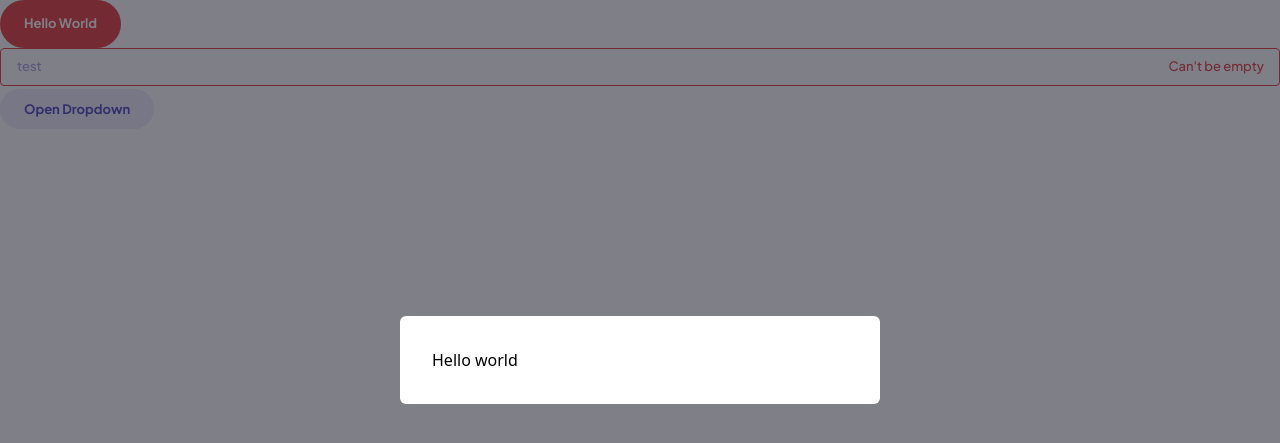
Repository: Baraajad231/Kanban-Board
Page: /
An editor plug-in stored every save of this project. The page is shown before and after the next save, followed by the edit.
The browser window is 1280 px wide. The pictures show the whole page.
The project was rebuilt for these pictures with package versions that can differ from the ones it lists, and the page was loaded fresh each time. Also part of the build but not shown: vite.config.js.

Above is the page before, as saved 2026-03-24 21:49:35.

### index.html
<!doctype html>
<html lang="en">
  <head>
    <meta charset="UTF-8" />
    <meta name="viewport" content="width=device-width, initial-scale=1.0" />
    <link rel="preconnect" href="https://fonts.googleapis.com" />
    <link rel="preconnect" href="https://fonts.gstatic.com" crossorigin />
    <link
      href="https://fonts.googleapis.com/css2?family=Plus+Jakarta+Sans:ital,wght@0,200..800;1,200..800&display=swap"
      rel="stylesheet"
    />
    <title>kanban-board</title>
  </head>
  <body>
    <div id="root"></div>
    <script type="module" src="/src/main.jsx"></script>
  </body>
</html>

### src/index.css
@import "tailwindcss";

@theme {
  --font-jakarta: "Plus Jakarta Sans", sans-serif;

  --color-transparent: transparent;
  --color-current: currentColor;

  --color-main-purple: #635fc7;
  --color-main-purple-hover: #a8a4ff;
  --color-white: #ffffff;
  --color-black: #000112;
  --color-very-dark-grey: #1e1e1e;
  --color-dark-grey: #2b2c37;
  --color-lines: #3e3f4e;
  --color-medium-grey: #828fa3;
  --color-lines-light: #e4ebfa;
  --color-light-grey: #f4f7fd;
  --color-red: #ea5555;
  --color-red-hover: #ff9898;

  /* أحجام الخطوط - التنسيق صحيح جداً لـ Tailwind v4 */
  --text-heading-s: 0.75rem;
  --text-heading-s--font-weight: 700;

  --text-heading-m: 0.9rem;
  --text-heading-m--font-weight: 700;

  --text-heading-l: 1.125rem;
  --text-heading-l--font-weight: 700;

  --text-heading-xl: 1.5rem;
  --text-heading-xl--font-weight: 700;

  --text-body-m: 0.75rem;
  --text-body-m--font-weight: 700;

  --text-body-l: 0.8125rem;
  --text-body-l--font-weight: 500;
}

### src/App.jsx
import Button from "./components/Button";
import DialogPrimitive from "./components/dialogPrimitive";
import DropdownPrimitive from "./components/DropDownPrimitive";
import TextField from "./components/TextField";

function App() {
  return (
    <div className="font-jakarta text-heading-xl text-main-purple">
      <Button variant="destructive" size="lg">
        Hello World
      </Button>
      <TextField placeholder="test" isInvalid />
      <DropdownPrimitive
        triggerComponent={() => (
          <Button variant="secondary" size="sm">
            Open Dropdown
          </Button>
        )}
        items={{
          edit: {
            label: "Edit board",
            onClick: () => console.log("Edit clicked"),
          },
          delete: {
            label: "Delete board",
            onClick: () => console.log("Delete clicked"),
          },
        }}
      />
      <DialogPrimitive isOpen={true}>Hello world</DialogPrimitive>
    </div>
  );
}

export default App;

### src/components/Button.jsx
import { cva } from "class-variance-authority";

const button = cva(
  ["rounded-full", "font-bold", "px-6", "duration-200", "text-[13px]"],
  {
    variants: {
      variant: {
        primary: ["bg-main-purple", "text-white", "hover:bg-main-purple-hover"],
        // **or**
        // primary: "bg-blue-500 text-white border-transparent hover:bg-blue-600",
        secondary: [
          "bg-main-purple/10",
          "text-main-purple",
          "hover:bg-main-purple/25",
        ],
        destructive: ["bg-red", "text-white", "hover:bg-red-hover"],
      },
      size: {
        sm: ["h-10"],
        lg: ["h-12"],
      },
      isFullWidth: {
        true: ["w-full"],
      },
      // `boolean` variants are also supported!
      isDisabled: {
        true: ["opacity-25", "cursor-not-allowed", "hover:bg-main-purple"],
      },
    },

    defaultVariants: {
      variant: "primary",
      size: "lg",
    },
  },
);

const Button = ({
  children,
  variant,
  size,
  isFullWidth,
  isDisabled,
  className,
  ...props
}) => {
  return (
    <button
      className={button({ variant, size, isFullWidth, isDisabled, className })}
      {...props}
    >
      {children}
    </button>
  );
};
export default Button;

### src/components/dialogPrimitive.jsx
import { Dialog } from "radix-ui";

/**
 * DialogPrimitive component
 * @param {Object} props
 * @param {string} props.title - The title of the dialog
 * @param {JSX.Element} props.triggerComponent - The component that triggers the dialog
 * @param {JSX.Element} props.children - The children components
 * @param {boolean} props.isOpen - A boolean to determine if the dialog is open
 * @param {Function} props.setOpen - A function to set the dialog state
 * @returns {JSX.Element}
 */

const DialogPrimitive = ({
  title,
  triggerComponent,
  children,
  isOpen,
  setOpen,
}) => (
  <Dialog.Root open={isOpen} onOpenChange={setOpen}>
    <Dialog.Trigger asChild>{triggerComponent}</Dialog.Trigger>
    <Dialog.Portal>
      <Dialog.Overlay className="data-[state=open]:animate-overlayShow fixed inset-0 bg-black/50" />
      <Dialog.Content className="data-[state=open]:animate-contentShow fixed top-[50%] left-[50%] max-h-[85vh] w-120 translate-x-[-50%] translate-y-[-50%] overflow-auto rounded-md bg-white p-8 focus:outline-none">
        <Dialog.Title className="text-heading-l">{title}</Dialog.Title>
        {children}
      </Dialog.Content>
    </Dialog.Portal>
  </Dialog.Root>
);

export default DialogPrimitive;

### src/components/DropDownPrimitive.jsx
import * as React from "react";
import { DropdownMenu } from "radix-ui";
import clsx from "clsx";
// طريقة بتخلينا نعمل document لل component تاعنا
// jsdocs
/**
 * @param {Object} props
 * @param {Function} props.triggerComponent
 * @param {Object} props.items
 * @param {string} props.items.label -- the text that will be shown in the dropdown item
 * @param {Function} props.items.onClick -- the function that will be called when the dropdown item is clicked
 * @returns {JSX.Element}
 */
const DropdownPrimitive = ({ triggerComponent, items }) => {
  return (
    <DropdownMenu.Root>
      <DropdownMenu.Trigger asChild>
        {triggerComponent && triggerComponent()}
      </DropdownMenu.Trigger>

      <DropdownMenu.Portal>
        <DropdownMenu.Content
          className="data-[side=bottom]:animate-slideUpAndFade data-[side=left]:animate-slideRightAndFade data-[side=right]:animate-slideLeftAndFade data-[side=top]:animate-slideDownAndFade min-w-55 rounded-md bg-white p-1.25 shadow-[0px_10px_38px_-10px_rgba(22,23,24,0.35),0px_10px_20px_-15px_rgba(22,23,24,0.2)] will-change-[opacity,transform]"
          sideOffset={32}
        >
          {items &&
            Object.keys(items).map((item) => (
              <DropdownMenu.Item
                key={items[item].label}
                onClick={items[item].onClick}
                className={clsx(
                  "group text-body-l data-highlighted:bg-light-grey cursor-pointer p-4 leading-none outline-none",
                  {
                    "text-red": items[item].label.includes("Delete"),
                  },
                )}
              >
                {items[item].label}
              </DropdownMenu.Item>
            ))}
        </DropdownMenu.Content>
      </DropdownMenu.Portal>
    </DropdownMenu.Root>
  );
};

export default DropdownPrimitive;

### src/components/TextField.jsx
import clsx from "clsx";

const TextField = ({
  placeholder,
  isInvalid,
  name,
  required,
  defaultValue,
}) => {
  return (
    <div className="relative flex min-w-80 flex-1 items-center">
      {isInvalid && (
        <span className="text-body-l text-red absolute right-4 text-sm">
          Can't be empty
        </span>
      )}

      <input
        type="text"
        name={name}
        defaultValue={defaultValue}
        placeholder={placeholder}
        required={required}
        className={clsx(
          "border-medium-gray/25 text-body-l w-full rounded-sm border py-2 pl-4",
          {
            "border-red pr-32": isInvalid,
            "pr-4": !isInvalid,
          },
        )}
      />
    </div>
  );
};

export default TextField;

Loaded but not shown: src/main.jsx (common file)

After the next save:
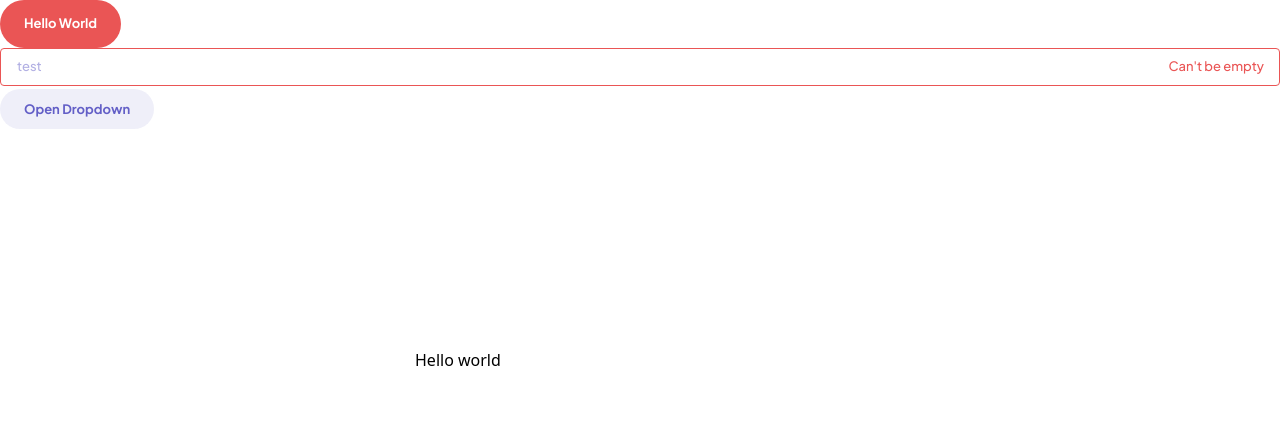
Saved 2 min 30 s later.
--- a/src/components/dialogPrimitive.jsx
+++ b/src/components/dialogPrimitive.jsx
@@ -21,9 +21,11 @@
   <Dialog.Root open={isOpen} onOpenChange={setOpen}>
     <Dialog.Trigger asChild>{triggerComponent}</Dialog.Trigger>
     <Dialog.Portal>
-      <Dialog.Overlay className="data-[state=open]:animate-overlayShow fixed inset-0 bg-black/50" />
-      <Dialog.Content className="data-[state=open]:animate-contentShow fixed top-[50%] left-[50%] max-h-[85vh] w-120 translate-x-[-50%] translate-y-[-50%] overflow-auto rounded-md bg-white p-8 focus:outline-none">
-        <Dialog.Title className="text-heading-l">{title}</Dialog.Title>
+      <Dialog.Overlay className="bg-blackA6 data-[state=open]:animate-overlayShow fixed inset-0" />
+      <Dialog.Content className="bg-gray1 data-[state=open]:animate-contentShow fixed top-1/2 left-1/2 max-h-[85vh] w-[90vw] max-w-[500px] -translate-x-1/2 -translate-y-1/2 rounded-md p-[25px] shadow-[var(--shadow-6)] focus:outline-none">
+        <Dialog.Title className="text-mauve12 m-0 text-[17px] font-medium">
+          {title}
+        </Dialog.Title>
         {children}
       </Dialog.Content>
     </Dialog.Portal>

After the 2 saves that followed:
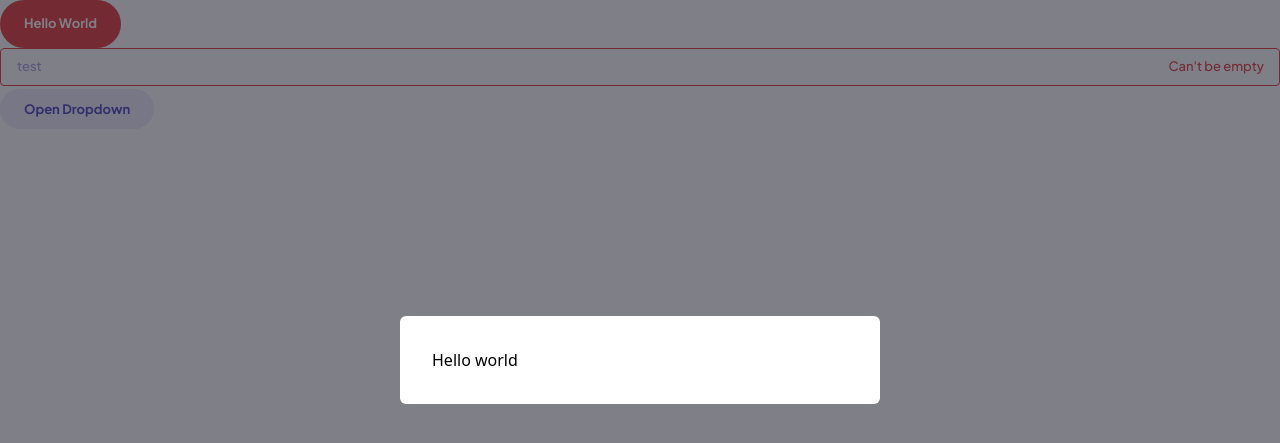
The 2 saves are shown as one change because 1 left the picture as it was.
The last was saved 3 min 45 s later.
--- a/src/components/dialogPrimitive.jsx
+++ b/src/components/dialogPrimitive.jsx
@@ -21,11 +21,9 @@
   <Dialog.Root open={isOpen} onOpenChange={setOpen}>
     <Dialog.Trigger asChild>{triggerComponent}</Dialog.Trigger>
     <Dialog.Portal>
-      <Dialog.Overlay className="bg-blackA6 data-[state=open]:animate-overlayShow fixed inset-0" />
-      <Dialog.Content className="bg-gray1 data-[state=open]:animate-contentShow fixed top-1/2 left-1/2 max-h-[85vh] w-[90vw] max-w-[500px] -translate-x-1/2 -translate-y-1/2 rounded-md p-[25px] shadow-[var(--shadow-6)] focus:outline-none">
-        <Dialog.Title className="text-mauve12 m-0 text-[17px] font-medium">
-          {title}
-        </Dialog.Title>
+      <Dialog.Overlay className="data-[state=open]:animate-overlayShow fixed inset-0 bg-black/50" />
+      <Dialog.Content className="data-[state=open]:animate-contentShow fixed top-[50%] left-[50%] max-h-[85vh] w-[480px] translate-x-[-50%] translate-y-[-50%] overflow-auto rounded-[6px] bg-white p-8 focus:outline-none">
+        <Dialog.Title className="text-heading-l">{title}</Dialog.Title>
         {children}
       </Dialog.Content>
     </Dialog.Portal>
